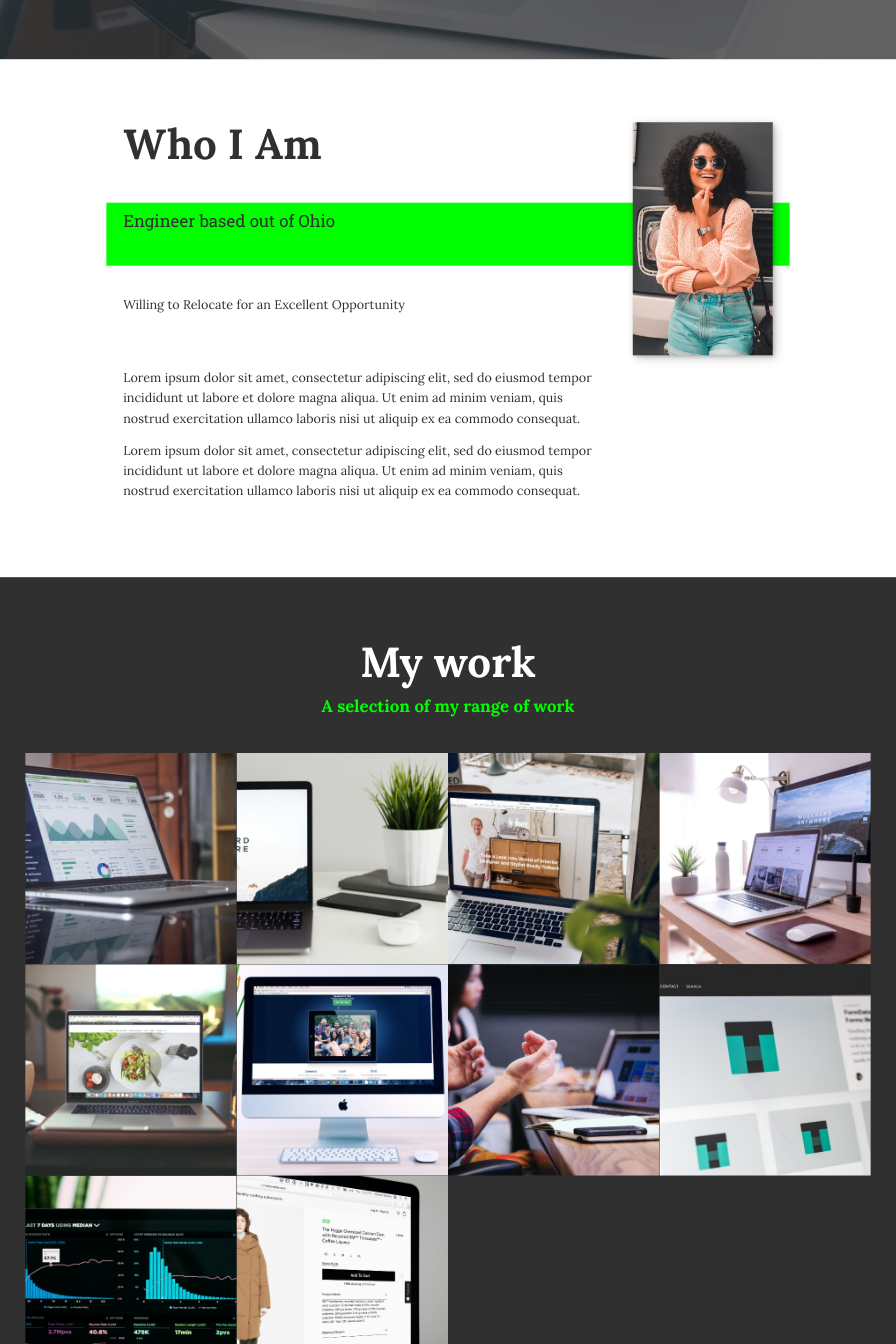
Repository: DinoDime/site
Page: index.html
The author's editor kept a copy of each file at every save. The page is drawn from the files as they stood at one save, then again after the next save.
The browser window is 1280 px wide. The pictures show the part of the page from y = 1141 to 3061 px (the page is 3458 px tall before and 3361 px after), at 70% of full size.
Some web libraries are served in a nearby version.

Above is the page before, as saved 2021-04-29 09:28:14.

After the next save:
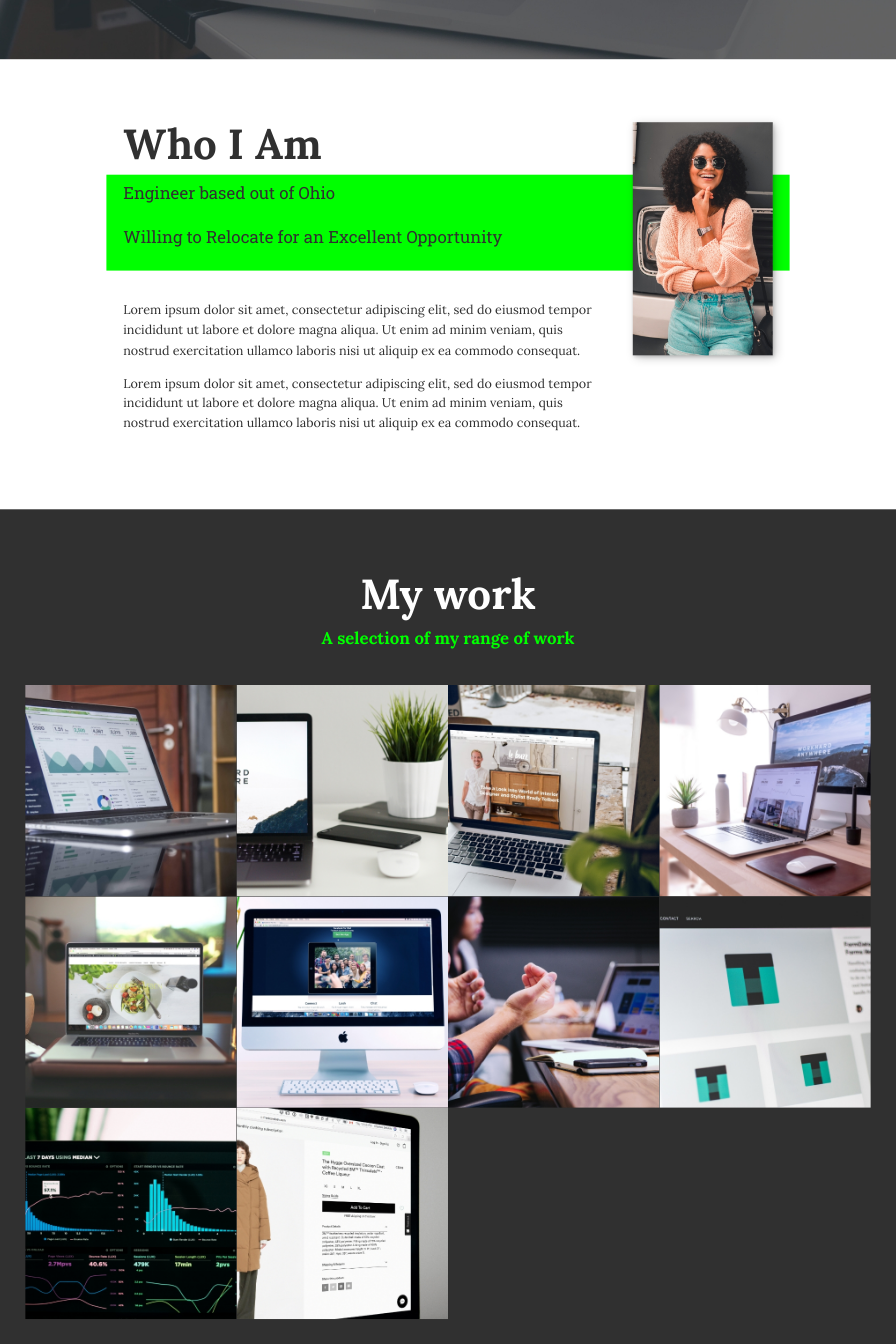
Saved 42 s later.
--- a/index.html
+++ b/index.html
@@ -110,10 +110,10 @@
     <!-- About me -->
     <section class="about-me" id="about">
       <h2 class="section__title section__title--about">Who I Am</h2>
-      <p class="section__subtitle section__subtitle--about">
+      <class class="section__subtitle section__subtitle--about">
         Engineer based out of Ohio
-      </p>
-      <p>Willing to Relocate for an Excellent Opportunity</p>
+        <p>Willing to Relocate for an Excellent Opportunity</p>
+      </class>
 
       <div class="about-me__body">
         <p>
